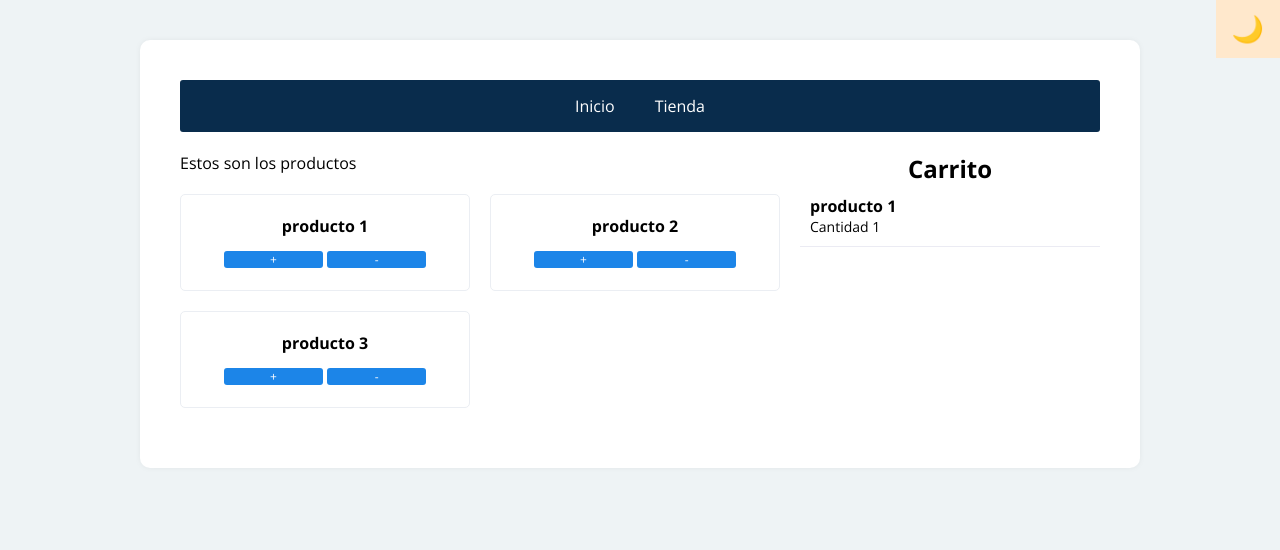
Repository: Githubmagali/react-diciembre2023
Page: /tienda (app in app_tienda/), after clicking the first element matching `button.boton`
These files come from the project's save history. The page is drawn as it stood at one moment and after the next save; the edit follows.
The browser window is 1280 px wide. The pictures show the whole page.
The project was rebuilt for these pictures with package versions that can differ from the ones it lists, and the page was loaded fresh each time. Also part of the build but not shown: app_tienda/src/componentes/Inicio.js, app_tienda/src/componentes/Error404.js.

Above is the page before, as saved 2023-12-18 18:37:46.

After the next save:
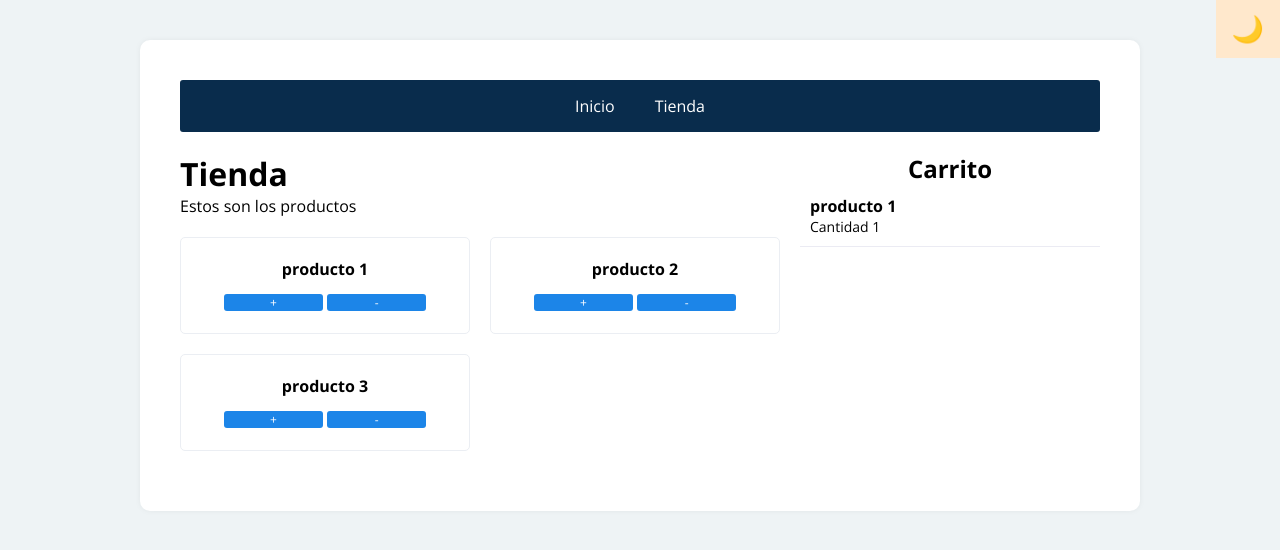
Saved 24 s later.
--- a/app_tienda/src/componentes/Tienda.js
+++ b/app_tienda/src/componentes/Tienda.js
@@ -1,13 +1,41 @@
 import React from "react";
-import Productos from "./../componentes/Productos";
+import "./../App.css";
+import { useCart } from "../CartContext";
 
-const Tienda = ({ productos }) => {
+const Productos = ({ productos }) => {
+  const { addToCart, removeFromCart } = useCart();
+
   return (
     <div>
-
-      <Productos productos={productos} />
+      <h1>Tienda</h1>
+      <p> Estos son los productos</p>
+      <div className="contenedor-productos">
+        {productos.map((producto, index) => {
+          return (
+            <div className="contenedor-producto" key={index}>
+              <p className="p">{producto.nombre}</p>
+              <button
+                className="boton"
+                onClick={(e) => {
+                  addToCart(producto);
+                }}
+              >
+                +
+              </button>
+              <button
+                className="boton"
+                onClick={(e) => {
+                  removeFromCart(producto.id);
+                }}
+              >
+                -
+              </button>
+            </div>
+          );
+        })}
+      </div>
     </div>
   );
 };
 
-export default Tienda;
+export default Productos;
